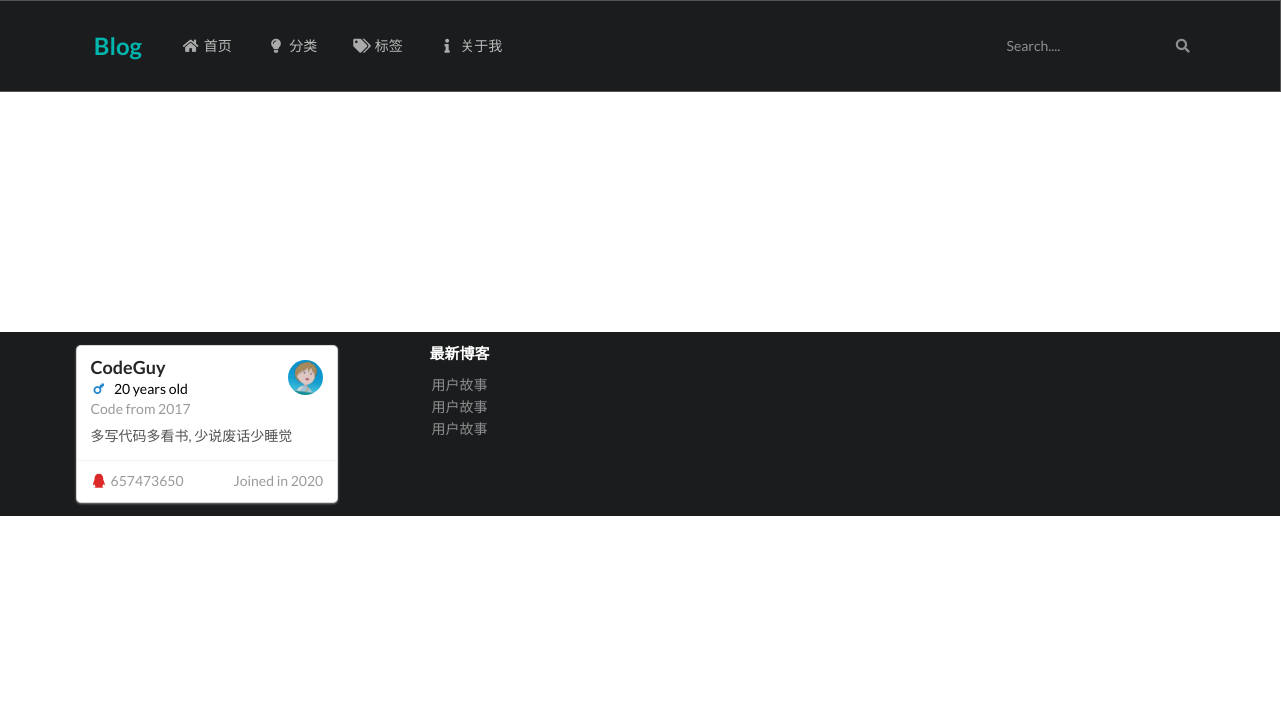
Repository: GOGOHQ/myblog
Page: index.html
An editor plug-in stored every save of this project. The page is shown before and after the next save, followed by the edit.
The browser window is 1280 px wide. The page is 1281 px wide, so the pictures cover 1281 px, including what lies to the right of the window. The pictures show the whole page.
Some web libraries are served in a nearby version.

Above is the page before, as saved 2020-01-16 15:37:08.

### index.html
<!DOCTYPE html>
<html lang="en">

<head>
    <meta charset="UTF-8">
    <meta name="viewport" content="width=device-width, inital-scale=1.0">
    <title>首页</title>
    <link rel="stylesheet" href="static/css/me.css">
    <link rel="stylesheet" href="https://cdn.jsdelivr.net/semantic-ui/2.2.4/semantic.min.css">
    <script src="https://cdn.jsdelivr.net/npm/jquery@3.2/dist/jqurey.min.js"></script>
    <script src="https://cdn.jsdelivr.net/semantic-ui/2.2.4/semantic.min.js"></script>
</head>

<body>
<!-- 导航 -->
<nav class="ui inverted  attached  segment m-padded-tb-mini">
    <div class="ui container">
        <div class="ui secondary inverted menu">
            <h2 class="ui teal header item">Blog</h2>
            <a href="#" class="item"><i class="home icon"></i>首页</a>
            <a href="#" class="item"><i class="idea icon"></i>分类</a>
            <a href="#" class="item"><i class="tags icon"></i>标签</a>
            <a href="#" class="item"><i class="info icon"></i>关于我</a>
            <div class="right item">
                <div class="ui icon  inverted transparent input">
                    <input type="text" placeholder="Search....">
                    <i class="search link icon"></i>
                </div>
            </div>
        </div>
    </div>
</nav>
<!-- 内容 -->
<div>
    <br> <br> <br> <br> <br> <br> <br> <br> <br> <br> <br> <br>
</div>
<!-- 底部 -->
<footer class="ui inverted vertical segment ">
    <div class="ui container">
        <div class="ui grid">
            <div class="four wide column">
                <div class="ui cards">
                    <div class="card">
                        <div class="content">
                            <img class="right circular floated mini ui image" src="static/images/avatar.jpg">
                            <div class="header">
                                CodeGuy
                            </div>
                            <div class="meta">
                                <i class="icon blue mars stroke"></i>
                                <text style="color:black;">20 years old</text>
                            </div>
                            <div class="meta">
                                Code from 2017
                            </div>
                            <div class="description">
                                多写代码多看书, 少说废话少睡觉
                            </div>
                        </div>
                        <div class="extra content">
                            <a>
                                <i class=" red qq icon"></i>657473650
                            </a>
                            <span class="right floated">
                                    Joined in 2020
                                  </span>
                        </div>
                    </div>
                </div>
            </div>
            <div class="center aligned three wide column">
                <h4 class="ui inverted header">最新博客</h4>
                <div class="ui inverted link list">
                    <a href="#" class="item">用户故事</a>
                    <a href="#" class="item">用户故事</a>
                    <a href="#" class="item">用户故事</a>
                </div>
            </div>
            <div class="three wide column"></div>
            <div class="six wide column"></div>
        </div>
    </div>
</footer>
</body>


</html>

Loaded but not shown: static/css/me.css (no stored copy; drawn as an empty file)

After the next save:
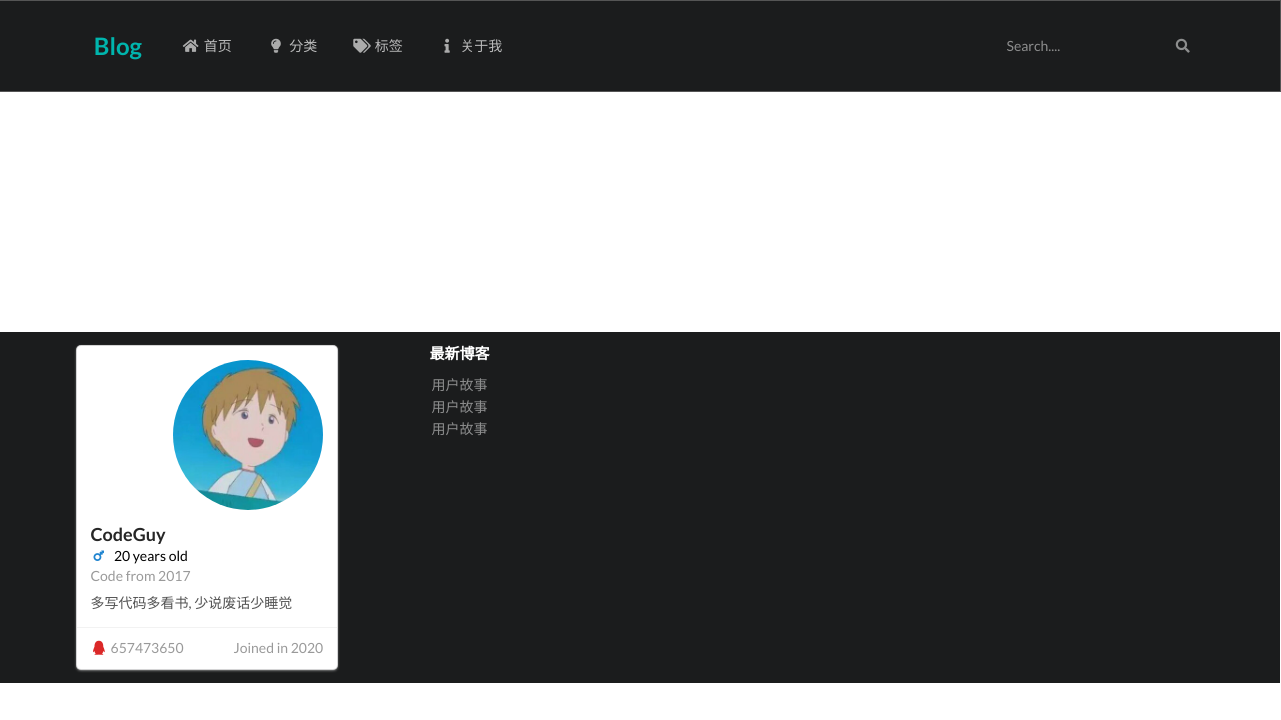
Saved 20 s later.
--- a/index.html
+++ b/index.html
@@ -42,7 +42,7 @@
                 <div class="ui cards">
                     <div class="card">
                         <div class="content">
-                            <img class="right circular floated mini ui image" src="static/images/avatar.jpg">
+                            <img class="right circular floated small ui image" src="static/images/avatar.jpg">
                             <div class="header">
                                 CodeGuy
                             </div>

After the save that followed:
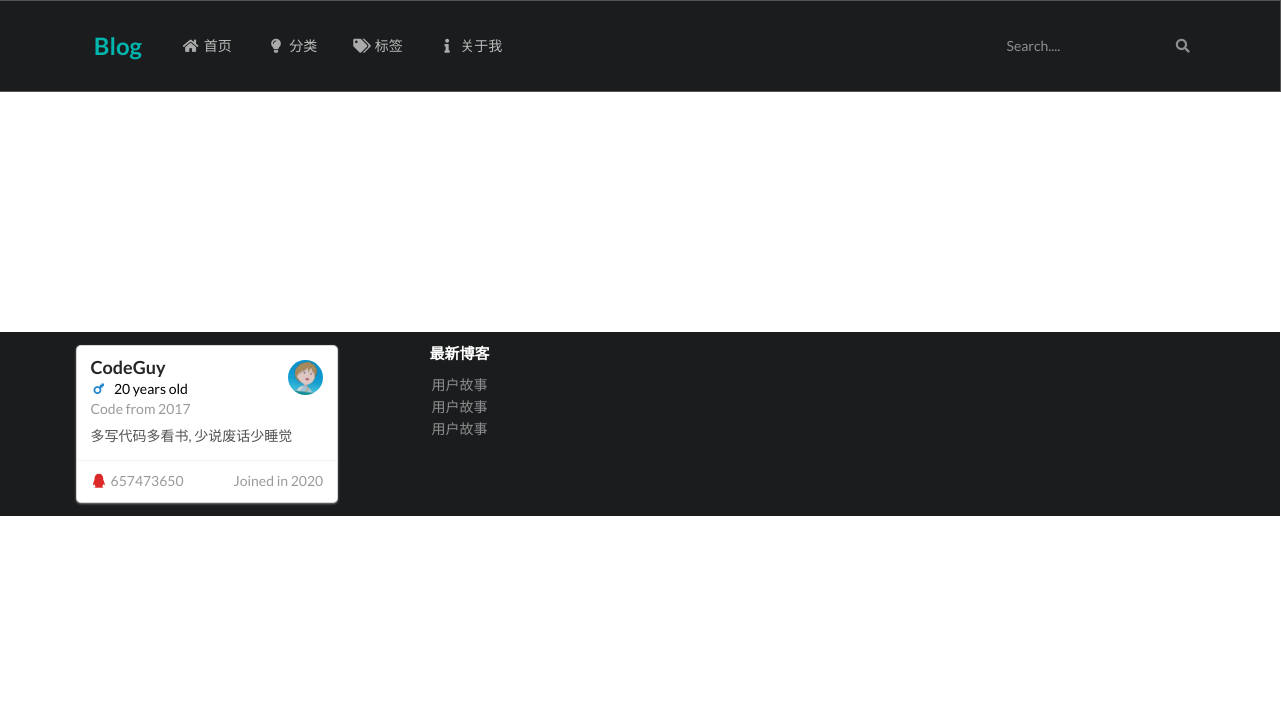
Saved 5 s later.
--- a/index.html
+++ b/index.html
@@ -42,7 +42,7 @@
                 <div class="ui cards">
                     <div class="card">
                         <div class="content">
-                            <img class="right circular floated small ui image" src="static/images/avatar.jpg">
+                            <img class="right circular floated mini ui image" src="static/images/avatar.jpg">
                             <div class="header">
                                 CodeGuy
                             </div>
